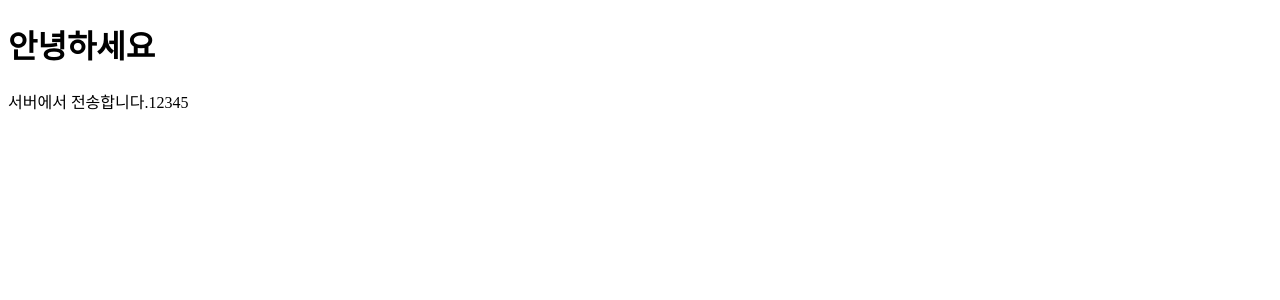
Repository: hangilyon/allJSPStudy
Page: http://localhost/jsp01/test01.jsp
An editor plug-in stored every save of this project. The page is shown before and after the next save, followed by the edit.
The browser window is 1280 px wide. The pictures show the whole page.
The page is served by Tomcat 9.

Above is the page before, as saved 2021-10-19 08:06:23.

After the next save:
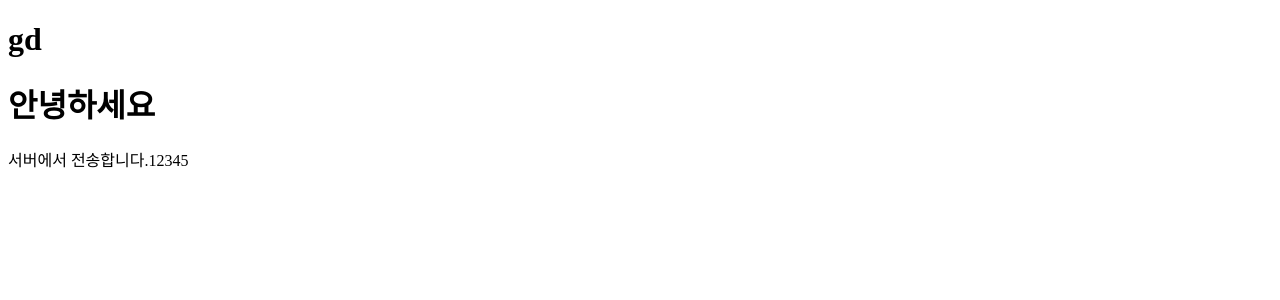
Saved 86 s later.
--- a/jsp01/src/main/webapp/test01.jsp
+++ b/jsp01/src/main/webapp/test01.jsp
@@ -5,12 +5,14 @@
 <head>
 <meta charset="UTF-8">
 <title>test01</title>
+<h1>gd</h1>
 </head>
 <body>
 	<h1>안녕하세요</h1>
 	<%
+		/* */
 		int num=12345;
-		System.out.println(num);
+		//System.out.println(num);
 		out.print("서버에서 전송합니다."+num);
 	%>
 </body>

After the save that followed:
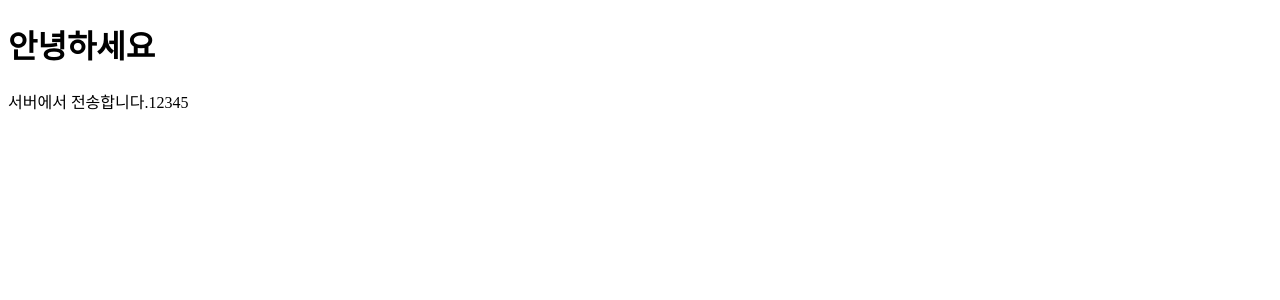
Saved 7 s later.
--- a/jsp01/src/main/webapp/test01.jsp
+++ b/jsp01/src/main/webapp/test01.jsp
@@ -5,7 +5,6 @@
 <head>
 <meta charset="UTF-8">
 <title>test01</title>
-<h1>gd</h1>
 </head>
 <body>
 	<h1>안녕하세요</h1>
